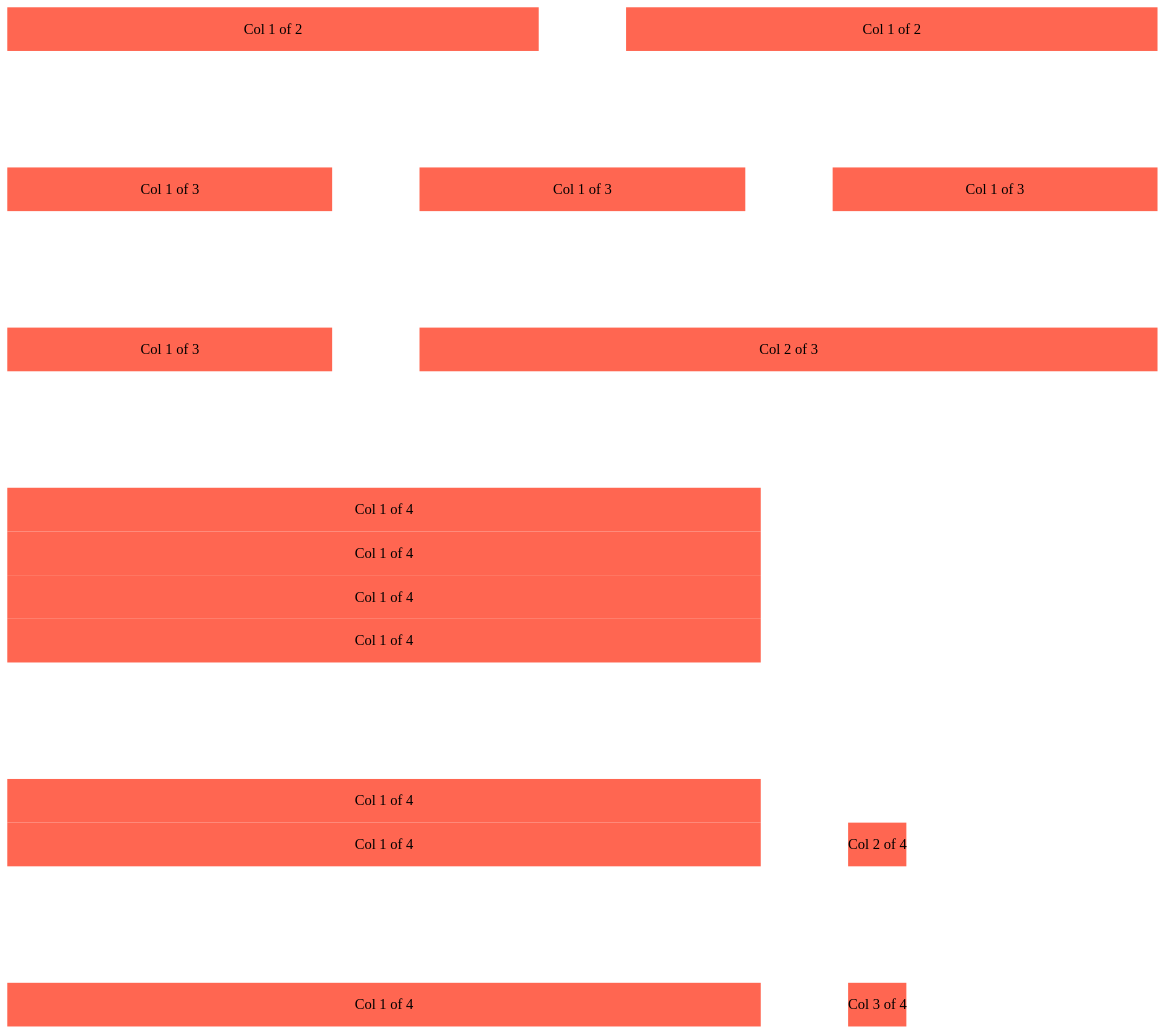
Repository: haokiet2501/grid-basic
Page: index.html
An editor plug-in stored every save of this project. The page is shown before and after a run of saves, followed by the edit.
The browser window is 1280 px wide. The pictures show the whole page, at 91% of full size.

Above is the page before, as saved 2022-08-11 19:00:55.

After the next 2 saves:
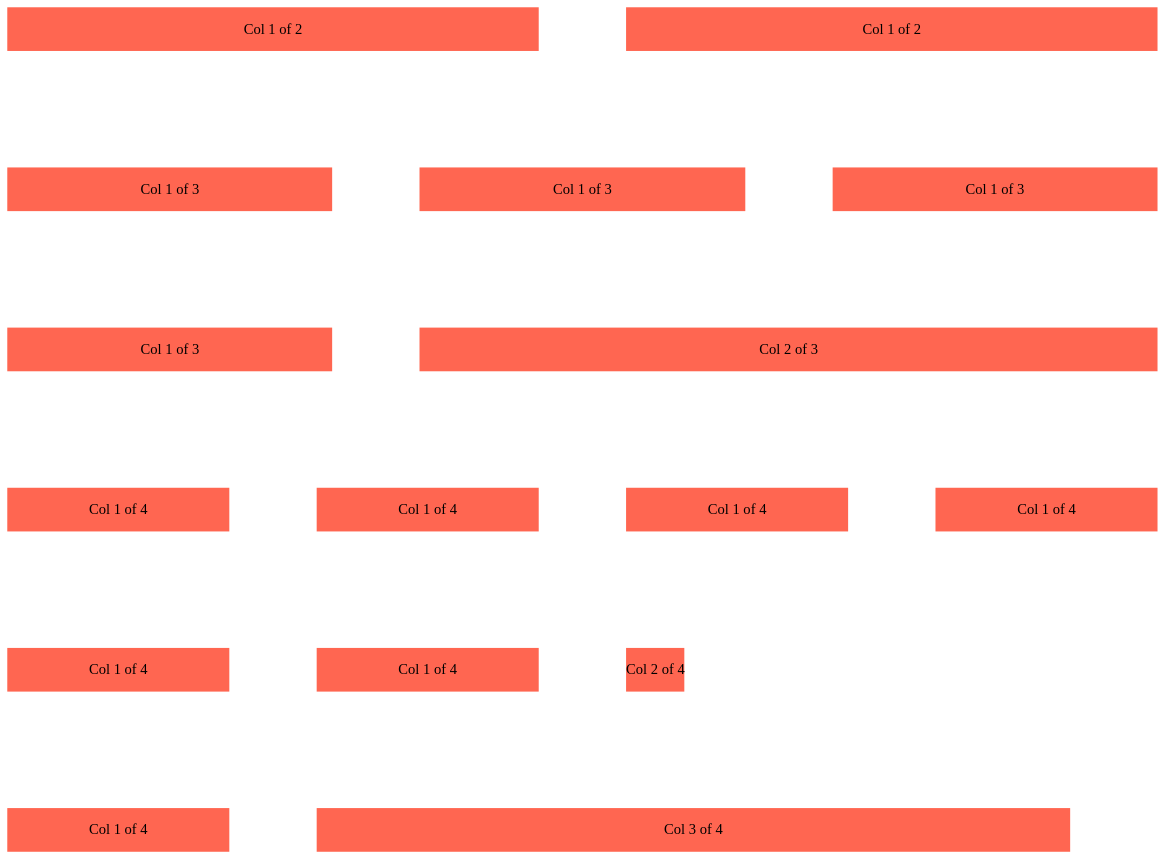
The 2 saves are shown as one change because they came seconds apart.
The last was saved 7 s later.
--- a/styles.css
+++ b/styles.css
@@ -46,6 +46,6 @@
     width: calc((100% - 3 * var(--gutter-horizonal)) / 4);
 }
 
-.col-1-of-4 {
+.col-3-of-4 {
     width: calc(3 * ((100% - 3 * var(--gutter-horizonal)) / 4) + var(--gutter-horizonal));
 }
